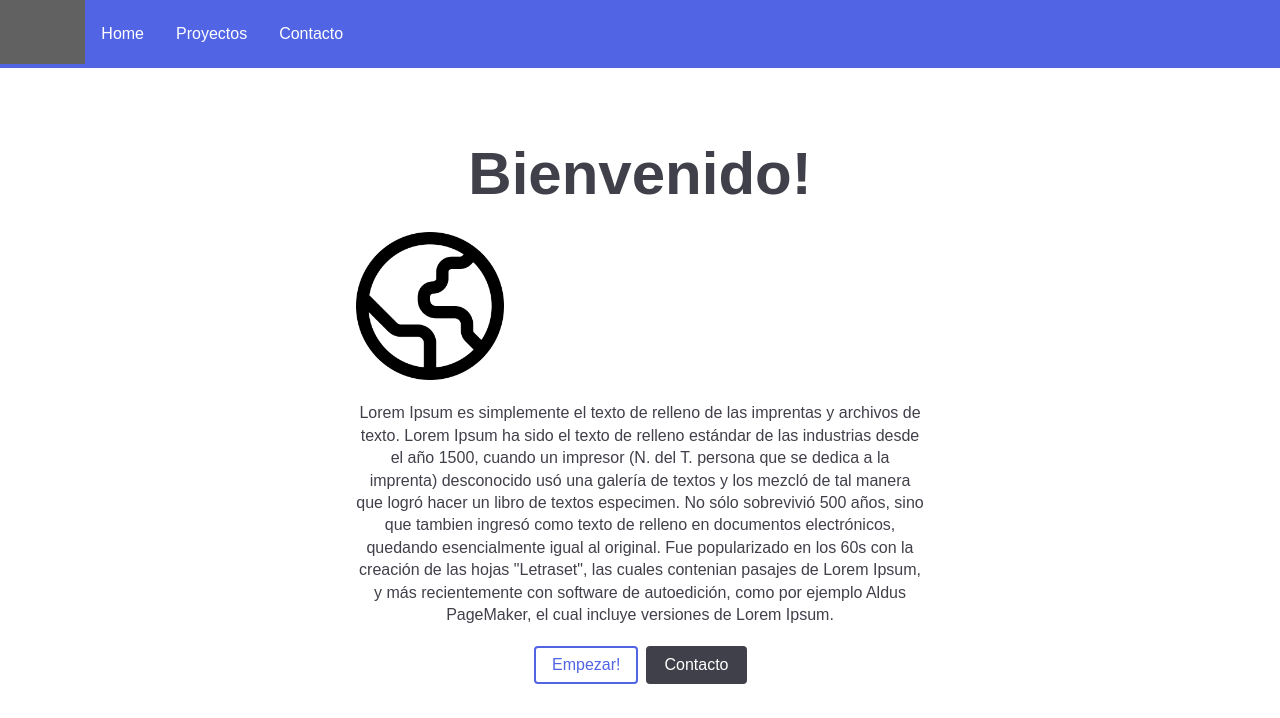
Repository: robsonmarkes/accesibilidad
Page: index.html
These files come from the project's save history. The page is drawn as it stood at one moment and after the next save; the edit follows.
The browser window is 1280 px wide. The pictures show the part of the page from y = 0 to 718 px (the page is 2946 px tall before and 2914 px after).
Pictures or frames that could not be fetched are drawn as grey boxes. A picture or video elsewhere on the page could not be fetched, so the positions and the page height are approximate.

Above is the page before, as saved 2022-10-13 10:34:43.

### index.html
<!DOCTYPE html>
<html lang="en">
<head>
    <meta charset="UTF-8">
    <meta http-equiv="X-UA-Compatible" content="IE=edge">
    <meta name="viewport" content="width=device-width, initial-scale=1.0">
    <title>Mi empresa portal</title>
    <link rel="stylesheet" href="style.css">
    <link rel="stylesheet" href="slides.css">
</head>
<body>
    <!-- wrong way -->
    <div class="wrap">
        <div class="header">
            <a href="http://google.com" class="logo">
                <img src="https://www.pngarts.com/files/3/Logo-PNG-Transparent-Image.png" alt="" srcset="">
            </a>
            <ul>
                <li>
                    <a href="#" target="_blank" rel="noopener noreferrer">Home</a>
                </li>
                <li>
                    <a href="#" target="_blank" rel="noopener noreferrer">Proyectos</a>
                </li>
                <li>
                    <a href="#" target="_blank" rel="noopener noreferrer">Contacto</a>
                </li>
            </ul>
        </div>
        <div class="content">
            <div class="article">
                <h1>Bienvenido!</h1>
                <img class="decorative-image" src="assets/world.png"/>
                <p>
                    Lorem Ipsum es simplemente el texto de relleno de las imprentas y archivos de texto. Lorem Ipsum ha sido el texto de relleno estándar de las industrias desde el año 1500, cuando un impresor (N. del T. persona que se dedica a la imprenta) desconocido usó una galería de textos y los mezcló de tal manera que logró hacer un libro de textos especimen. No sólo sobrevivió 500 años, sino que tambien ingresó como texto de relleno en documentos electrónicos, quedando esencialmente igual al original. Fue popularizado en los 60s con la creación de las hojas "Letraset", las cuales contenian pasajes de Lorem Ipsum, y más recientemente con software de autoedición, como por ejemplo Aldus PageMaker, el cual incluye versiones de Lorem Ipsum.
                </p>
                <div class="buttons">
                    <button class="primary">Empezar!</button>
                    <button class="secondary">Contacto</button>
                </div>
            </div>
            <hr />
            <div class="article">
                <div>
                    <h1>Nuestra empresa</h1>
                    <p>
                        Es un hecho establecido hace demasiado tiempo que un lector se distraerá con el contenido del texto de un sitio mientras que mira su diseño. El punto de usar Lorem Ipsum es que tiene una distribución más o menos normal de las letras, al contrario de usar textos como por ejemplo "Contenido aquí, contenido aquí". Estos textos hacen parecerlo un español que se puede leer. Muchos paquetes de autoedición y editores de páginas web usan el Lorem Ipsum como su texto por defecto, y al hacer una búsqueda de "Lorem Ipsum" va a dar por resultado muchos sitios web que usan este texto si se encuentran en estado de desarrollo. Muchas versiones han evolucionado a través de los años, algunas veces por accidente, otras veces a propósito (por ejemplo insertándole humor y cosas por el estilo).
                    </p>
                </div>
                <img src="https://cdn-dynmedia-1.microsoft.com/is/image/microsoftcorp/O2019-Hero-image-x2:VP1-539x440?resMode=sharp2&op_usm=1.5,0.65,15,0&wid=1920&hei=720&qlt=75&fit=constrain" alt="Empleados mirando sus nuevos proyectos">
            </div>
            <hr />

            <div class="article" id="projects">
                <div>
                    <h1>Proyectos</h1>
                    <p>
                        Mira algunos de nuestros proyectos!
                    </p>
                    <section class="slider-wrapper">
                        <button class="slide-arrow" id="slide-arrow-prev">
                          &#8249;
                        </button>
                        <button class="slide-arrow" id="slide-arrow-next">
                          &#8250;
                        </button>
                        <ul class="slides-container" id="slides-container">
                          <li class="slide">
                            <img src="https://www.unir.net/wp-content/uploads/2021/02/Pro1.jpg" alt="">
                          </li>
                          <li class="slide">
                            <img src="https://gerens.pe/blog/wp-content/uploads/2018/08/gestion-de-proyecto.jpg" alt="">
                          </li>
                          <li class="slide">
                            <img src="https://www.il3.ub.edu/blog/wp-content/uploads/2021/10/iStock-1279738776.jpg" alt="">
                          </li>
                          <li class="slide">
                            <img src="https://www.obsbusiness.school/sites/obsbusiness.school/files/images/tipos%20de%20proyectos-min_0.jpg" alt="">
                          </li>
                        </ul>
                      </section>
                </div>

            </div>
            <hr />

            <div class="article">
                <h1>¡Escribanos!</h1>
                <p>
                    Al contrario del pensamiento popular, el texto de Lorem Ipsum no es simplemente texto aleatorio..
                </p>
                <form action="">
                    <fieldset>
                        <legend>En formulário de ejemplo</legend>
                        <div class="form-group">
                            <label for="name">nombre:</label>
                            <input type="text" name="name" id="name" placeholder="Escriba su nombre">
                            <span class="validator hidden" id="validate-name"></span>
                        </div>
                        <div class="form-group">
                            <label for="email">correo:</label>
                            <input type="text" name="email" id="email" placeholder="Escriba su correo">
                            <span class="validator hidden" id="validate-email"></span>
                        </div>
                        <div class="form-group">
                            <label for="message">mensaje:</label>
                            <textarea name="message" id="message" cols="30" rows="10" placeholder="Escriba su mensaje"></textarea>
                            <span class="validator hidden" id="validate-message"></span>
                        </div>
                        <button id="send-message" disabled>Enviar!</button>
                    </fieldset>
                </form>
            </div>
        </div>
        <div class="footer">
            <span>Navegación rápida</span>
            <ul>
                <li>
                    <a href="#" target="_blank" rel="noopener noreferrer">Home</a>
                </li>
                <li>
                    <a href="#" target="_blank" rel="noopener noreferrer">Sobre</a>
                </li>
                <li>
                    <a href="#" target="_blank" rel="noopener noreferrer">Proyectos</a>
                </li>
                <li>
                    <a href="#" target="_blank" rel="noopener noreferrer">Contacto</a>
                </li>
            </ul>
        </div>

        <div class="background-modal close-modal" id="background-modal"></div>
        <div class="modal close-modal" id="modal">
            <span class="close-btn" id="close-btn">x</span>
            <h2 class="title">Estas seguro que quieres enviar?</h2>
            <span class="text">La acción no puede ser deshecha.</span>
            <div class="buttons">
                <button id="close-btn">¡Si!</button>
                <button id="close-btn">¡No!</button>
            </div>
        </div>

    </div>
</body>
<script src="scripts.js"></script>
</html>

### style.css
:root {
    --primary-bg: rgb(81, 101, 228);
    --primary-color: #ffffff;
    --secondary-bg: #ffffff;
    --secondary-color: rgb(64, 64, 74);
    --body-bg: rgb(64, 64, 74);
    --transition-time: 0.2s;
  }

body, * {
    margin: 0;
    padding: 0;
    list-style-type: none;
    text-decoration: none;
    font-family:Arial, Helvetica, sans-serif;
    color: var(--secondary-color);
    box-sizing: border-box;
}

body a:hover {
    color: var(--primary-color);
}

.wrap {
    width: 100%;
    height: auto;
    margin: 0 auto;

}

.wrap .header {
    display: flex;
    align-items: center;
    background-color: var(--primary-bg);
}

.wrap .header  img {
    filter: invert(100%);
    height: 64px;
}

.wrap .header ul {
    display: flex;
}
.wrap .header ul li {
    padding: 1rem;
}
.wrap .header a {
    color: var(--primary-color);
}

.wrap .content {
    width: 100%;
    min-width: 400px;
    margin: 0;
}

.wrap .content hr {
    color: var(--body-bg);
    opacity: 0.2;
}

.wrap .content .article {
    margin: 0 auto;
    padding: 64px 0 48px;
    max-width: 600px;
    line-height: 1.4;
}

.wrap .content .article h1, h2, h3 {
    font-size: 3.75rem;
    padding-bottom: 0.35;
    text-align: center;
}

.wrap .content .article p {
    font-size: 1rem;
    text-align: center;
    padding: 0 1rem 1rem;
}

.wrap .content .article img {
    margin: 0 auto;
    max-width: 100%;
    padding: 1rem;
}

.wrap .content .article .decorative-image {
    max-width: 30%;
    margin: 0 auto;
}

.wrap .content .article .buttons {
    max-width: 220px;
    margin: 0 auto;
    display: flex;
}

.wrap .content .article .buttons button {
    font-size: 1rem;
    padding: 0.5rem 1rem;
    margin: 4px;
    border: 2px solid;
    border-radius: 4px;
    cursor: pointer;
    background-color: transparent;
}

.wrap .content .article .buttons button.primary {
    background-color: var(--primary-color);
    color: var(--primary-bg);
    transition: var(--transition-time) background-color;
}

.wrap .content .article .buttons button.primary:hover {
    background-color: var(--primary-bg);
    color: var(--primary-color);
    border-color: var(--primary-bg);
}

.wrap .content .article .buttons button.secondary {
    background-color: var(--secondary-color);
    color: var(--secondary-bg);
    border-color: var(--secondary-color);
    transition: var(--transition-time) background-color;
}

.wrap .content .article .buttons button.secondary:hover {
    background-color: var(--secondary-bg);
    color: var(--secondary-color);
    border-color: var(--secondary-color);
}

.wrap .content .article form {
    width: 100%;
    margin: 0 auto;
}

.wrap .content .article form fieldset {
    display: flex;
    flex-direction: column;
    align-items: center;
    border-color: transparent;
}

.wrap .content .article form fieldset legend {
    opacity: 0;
    font-size: 0px;
}

.wrap .content .article form .form-group {
    width: 100%;
    display: block;
}

.wrap .content .article form .form-group label {
    opacity: 0;
    font-size: 0px;
}

.wrap .content .article form .form-group input, .wrap .content .article form .form-group textarea {
    font-size: 1rem;
    padding: 0.8rem 1rem;
    margin: 0.5rem;
    border: 2px solid #ddd;
    border-radius: 6px;
    width: 90%;
}

.wrap .content .article form fieldset button {
    font-size: 1rem;
    width: 160px;
    margin: 0 auto;
    padding: 0.5rem 1rem;
    margin: 4px;
    border: 2px solid;
    border-radius: 4px;
    cursor: pointer;
    background-color: var(--primary-color);
    color: var(--primary-bg);
    transition: var(--transition-time) background-color;
}

.wrap .content .article form fieldset button:hover {
    background-color: var(--primary-bg);
    color: var(--primary-color);
    border-color: var(--primary-bg);
}

.wrap .content .article form fieldset button[disabled] {
    background: rgb(184, 181, 181);
    color: rgb(102, 100, 100);
}

.wrap .content .article form fieldset .validator {
    font-size: 0.8rem;
    margin-left: 1rem;
    color: red;
}

.wrap .content .article form fieldset .hidden {
    display: none;
}


.wrap .footer {
    display: flex;
    flex-direction: column;
    align-items: center;
    padding: 1rem;
    background-color: var(--primary-bg);
}

.wrap .footer span {
    color: var(--primary-color);
    font-size: small;
    padding-bottom: 1rem;
}

.wrap .footer  ul {
    display: flex;
}

.wrap .footer  ul li a {
    color: var(--primary-color);
    padding: 1rem;
}

/* modal */

.wrap .background-modal {
    width: 100%;
    height: 100%;
    top: 0;
    left: 0;
    opacity: 0.4;
    position: fixed;
    background-color: black;
    z-index: 2;
}

.wrap .modal {
    width: 600px;
    height: 268px;
    position: fixed;
    top: 12%;
    left: calc((100vw - 600px)/2);
    background-color:#fff;
    z-index: 3;
    margin: 0 auto;
}

.wrap .modal .title, .wrap .modal .text {
    text-align: center;
}

.wrap .modal .title {
    font-size: 2rem;
    padding: 3rem 2rem;
}

.wrap .modal .text {
    display: block;
    font-size: 1.5rem;
    color:rgb(89, 89, 93)
}

.wrap .modal .buttons {
    width: 142px;
    margin: 0 auto;
    display: flex;
}

.wrap .modal .buttons button {
    padding: 0.4rem 1rem;
    margin: 1rem 4px;
    font-size: 1rem;
    border: 2px solid;
    border-radius: 4px;
    cursor: pointer;
    background-color: var(--primary-color);
    color: var(--primary-bg);
    transition: var(--transition-time) background-color;
}

.wrap .modal .buttons button:hover {
    background-color: var(--primary-bg);
    color: var(--primary-color);
    border-color: var(--primary-bg);
}

.wrap .modal .close-btn {
    font-size: 1.2rem;
    position: absolute;
    top: 6px;
    left: calc(600px - 20px);
    cursor: pointer;
    color: var(--secondary-color);
    transition: var(--transition-time) color;
}

.wrap .modal .close-btn:hover {
    color: var(--primary-bg);
}

.close-modal {
    visibility: hidden;
}

### slides.css
#projects {
    max-width: 70%;
}

#projects .slide img {
    width: 100%;
    height: 100%;
    padding: 0;
}


.slider-wrapper {
    margin: 1rem;
    position: relative;
    overflow: hidden;
  }

  .slides-container {
    /* height: calc(100vh - 2rem); */
    height: 394px;
    width: 100%;
    display: flex;
    overflow: scroll;
    scroll-behavior: smooth;
    list-style: none;
    margin: 0;
    padding: 0;
  }

  .slide-arrow {
    position: absolute;
    display: flex;
    top: 0;
    bottom: 0;
    margin: auto;
    height: 4rem;
    background-color: white;
    border: none;
    width: 2rem;
    font-size: 3rem;
    padding: 0;
    cursor: pointer;
    opacity: 0.5;
    transition: opacity 100ms;
  }

  .slide-arrow:hover,
  .slide-arrow:focus {
    opacity: 1;
  }

  #slide-arrow-prev {
    left: 0;
    padding-left: 0.25rem;
    border-radius: 0 2rem 2rem 0;
  }

  #slide-arrow-next {
    right: 0;
    padding-left: 0.75rem;
    border-radius: 2rem 0 0 2rem;
  }

  .slide {
    width: 100%;
    height: 100%;
    flex: 1 0 100%;
    margin: 0;
    padding: 0;
  }

  .slide:nth-child(1) {
    background-color: #49b293;
  }

  .slide:nth-child(2) {
    background-color: #b03532;
  }

  .slide:nth-child(3) {
    background-color: #6a478f;
    margin: 0;
  }

  .slide:nth-child(4) {
    background-color: #da6f2b;
  }

### scripts.js
const init = () => {
    const backgroundModal = document.querySelector(`#background-modal`);
    const modal = document.querySelector(`#modal`);
    const sendButton = document.querySelector(`#send-message`);
    const closeBtn = document.querySelectorAll(`#close-btn`);
    const hiddenClass = `close-modal`;

    const form = document.querySelectorAll(`input[type="text"], textarea`);

    const validForm = (input) => {

        const message = document.querySelector(`#validate-${input[`name`]}`);

        const showMessage = (messageText) => {
            message.innerHTML = messageText
            message.classList.contains(`hidden`) ? message.classList.remove(`hidden`) : null;
        };

        const hideMessage = () => {
            message.innerHTML = ``
            !message.classList.contains(`hidden`) ? message.classList.add(`hidden`) : null;
        };

        const validateName = (input) => {
            input.value.length > 2 ? hideMessage() : showMessage(`El campo nome no puede estar vacío`);
            return input.value.length > 2;
        };

        const validateEmail = (input) => {
            const validMail = String(input.value)
            .toLowerCase()
            .match(/^(([^<>()[\]\\.,;:\s@"]+(\.[^<>()[\]\\.,;:\s@"]+)*)|(".+"))@((\[[0-9]{1,3}\.[0-9]{1,3}\.[0-9]{1,3}\.[0-9]{1,3}\])|(([a-zA-Z\-0-9]+\.)+[a-zA-Z]{2,}))$/);
            !validMail ? showMessage(`Correo inválido.`) : hideMessage();
            return !validMail ? false : true;
        };

        const validateMessage = (input) => {
            input.value.length < 5 ? showMessage(`Mensaje demasiado corto.`) : hideMessage();
            return input.value.length > 5 ? true : false;
        };

        if(input[`name`] == `name`) {
            return validateName(input);
        }

        if(input[`name`] == `email`) {
            return validateEmail(input);
        }

        if(input[`name`] == `message`) {
            return validateMessage(input);
        }

    }

    const toggleModal = (event) => {
        event.preventDefault();
        if(backgroundModal.classList.contains(hiddenClass) && modal.classList.contains(hiddenClass)) {
            backgroundModal.classList.remove(hiddenClass);
            modal.classList.remove(hiddenClass);
        } else {
            backgroundModal.classList.add(hiddenClass);
            modal.classList.add(hiddenClass);
        }
    };

    //listeners
    form.forEach(input => {
        input.addEventListener(`keyup`, _ => {
            validForm(input) ? sendButton.removeAttribute(`disabled`) : sendButton.setAttribute(`disabled`, true);
        });
    });

    sendButton.addEventListener(`click`, e => {
        const sentences = [];
        form.forEach(input => sentences.push(validForm(input)));
        if(!sentences.includes(false)) {
            sendButton.removeAttribute(`disabled`);
            toggleModal(e);
        } else {
            sendButton.setAttribute(`disabled`, true);
        }
    });

    closeBtn.forEach(btn => btn.addEventListener(`click`, toggleModal));


    //slides
    const slidesContainer = document.getElementById("slides-container");
    const slide = document.querySelector(".slide");
    const prevButton = document.getElementById("slide-arrow-prev");
    const nextButton = document.getElementById("slide-arrow-next");

    nextButton.addEventListener("click", () => {
        const slideWidth = slide.clientWidth;
        slidesContainer.scrollLeft += slideWidth;
    });

    prevButton.addEventListener("click", () => {
        const slideWidth = slide.clientWidth;
        slidesContainer.scrollLeft -= slideWidth;
    });

};

document.addEventListener(`DOMContentLoaded`, init);

After the next save:
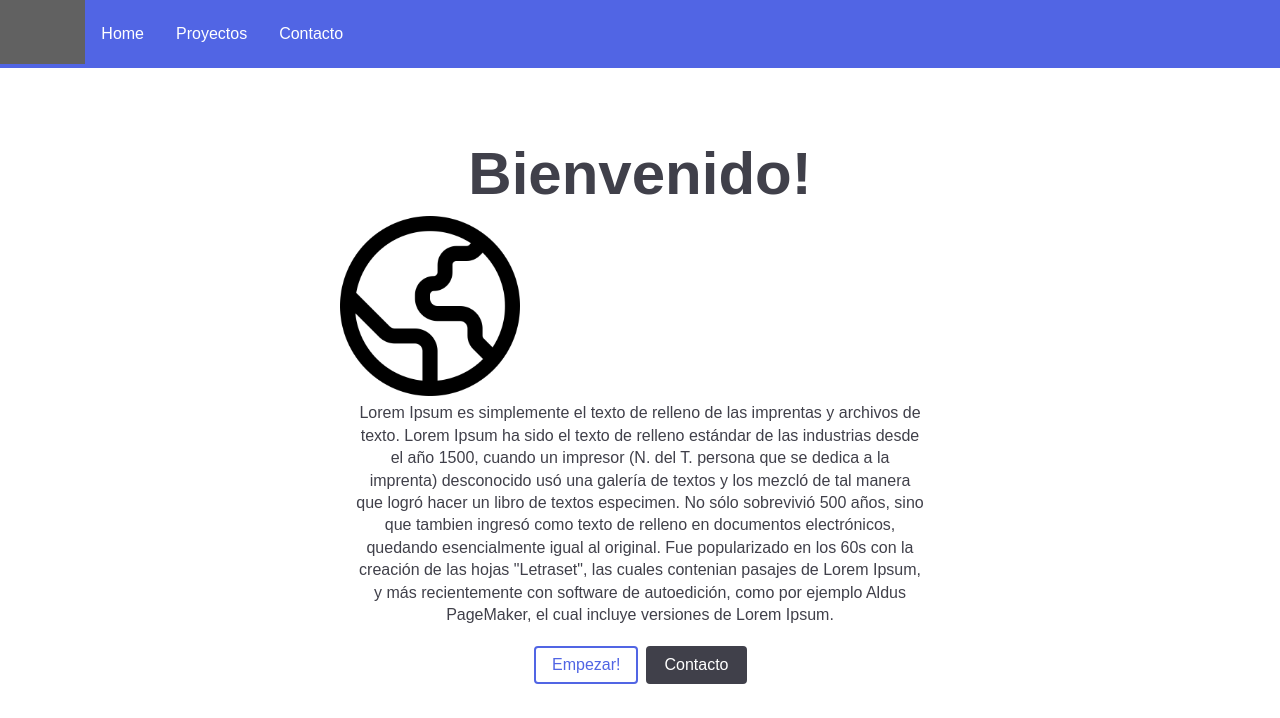
Saved 14 s later.
--- a/style.css
+++ b/style.css
@@ -82,7 +82,7 @@ body a:hover {
 .wrap .content .article img {
     margin: 0 auto;
     max-width: 100%;
-    padding: 1rem;
+    align-self: center;
 }
 
 .wrap .content .article .decorative-image {
